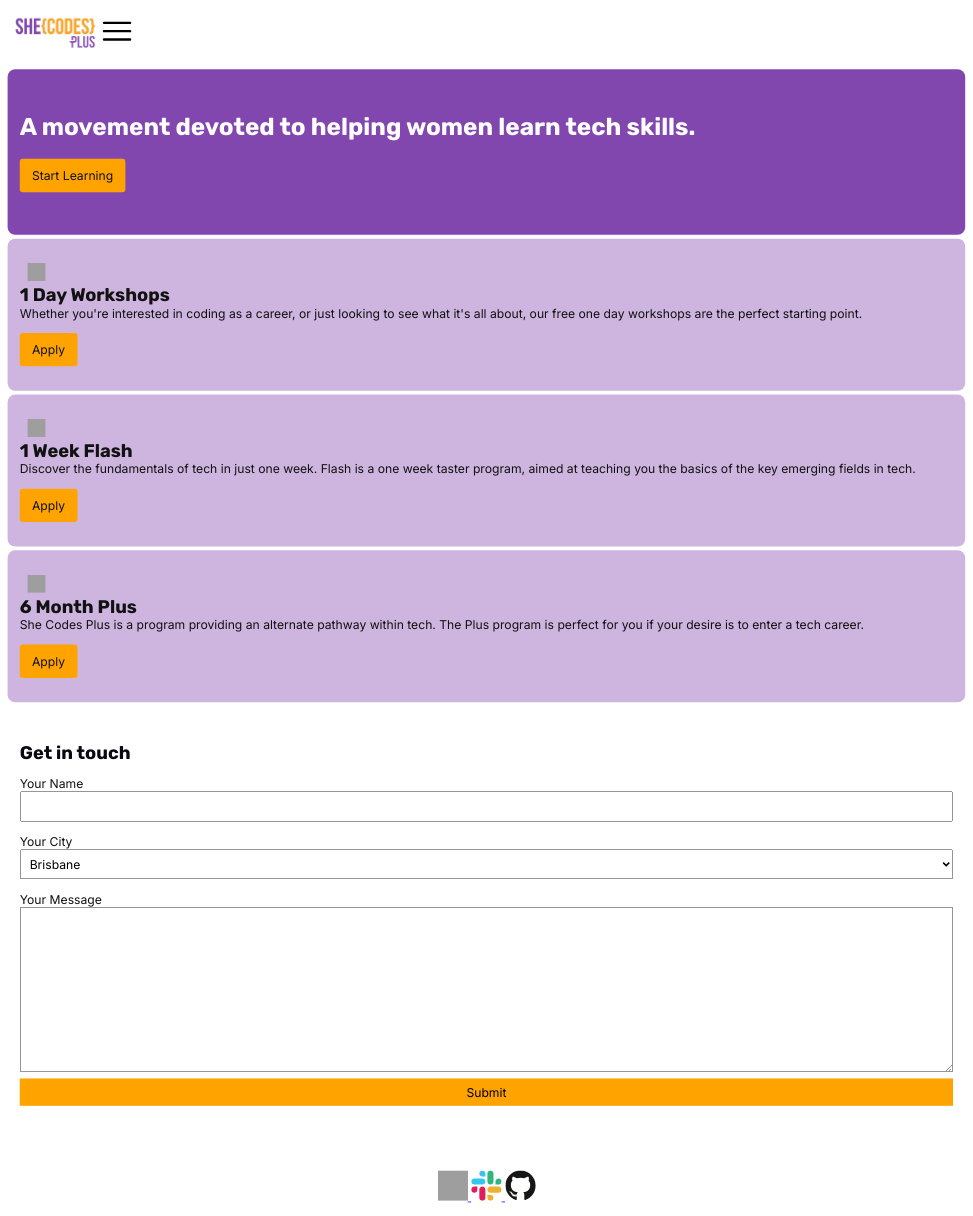
Repository: devashrisamani/website_shecodes_week1
Page: index.html
These files come from the project's save history. The page is drawn as it stood at one moment and after the next save; the edit follows.
The browser window is 1280 px wide. The pictures show the whole page, at 76% of full size.
Pictures or frames that could not be fetched are drawn as grey boxes.

Above is the page before, as saved 2025-09-20 10:50:25.

After the next save:
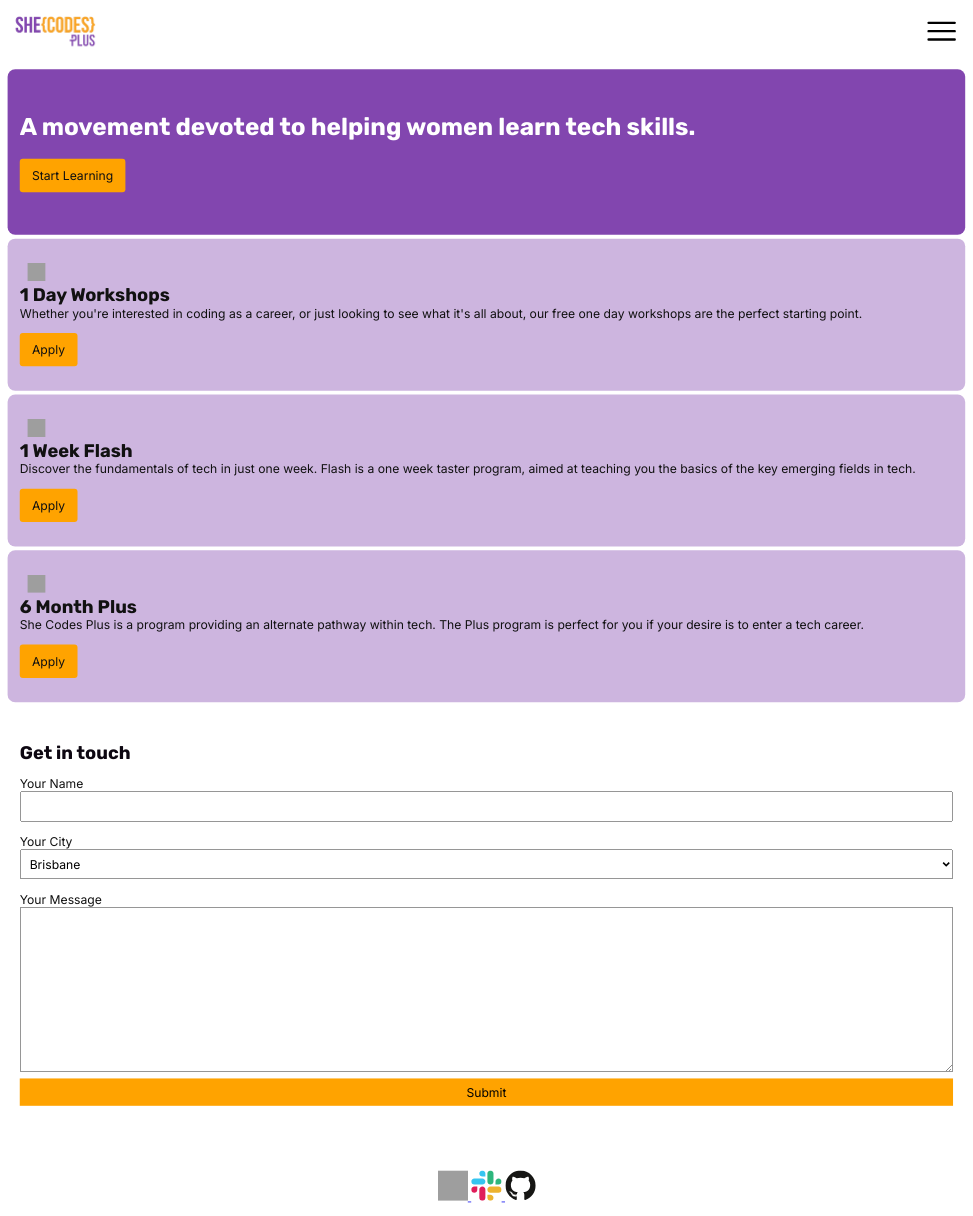
Saved 11 s later.
--- a/style.css
+++ b/style.css
@@ -99,8 +99,8 @@
 header .mobile-header {
   padding: 16px;
   display: flex;
-  align-items: center;
-  /* justify-content: space-between; */
+  /* align-items: center; */
+  justify-content: space-between;
 }
 
 header button {
